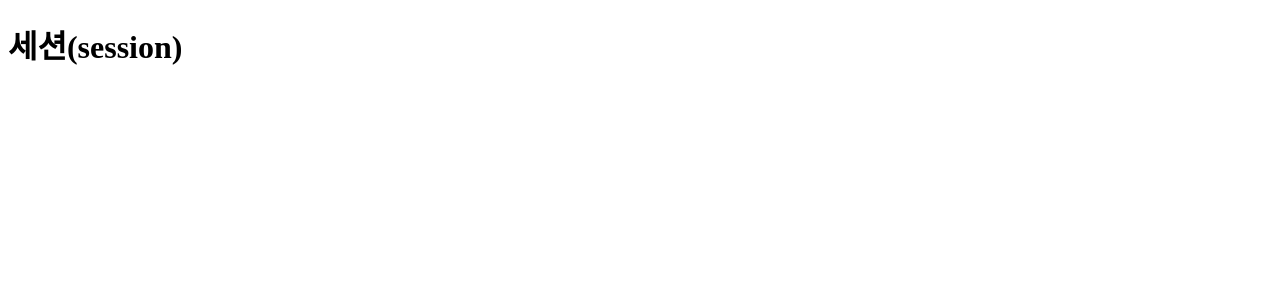
Repository: SeYoung1012/Bitcamp
Page: http://localhost/03_scope/ex01_session.jsp
These files come from the project's save history. The page is drawn as it stood at one moment and after the next save; the edit follows.
The browser window is 1280 px wide. The pictures show the whole page.
The page is served by Tomcat 9.

Above is the page before, as saved 2021-09-27 08:34:55.

### 60_web/03_scope/WebContent/ex01_session.jsp
<%@ page language="java" contentType="text/html; charset=UTF-8"
    pageEncoding="UTF-8"%>
<!DOCTYPE html>
<html>
<head>
<meta charset="UTF-8">
<title> 세션(session) 범위</title>
</head>
<body>
	<h1> 세션(session)</h1>
</body>
</html>

After the next save:
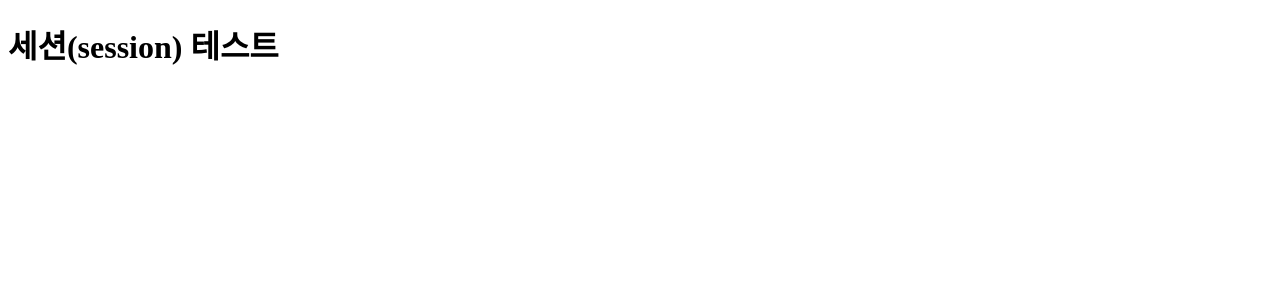
Saved 4 s later.
--- a/60_web/03_scope/WebContent/ex01_session.jsp
+++ b/60_web/03_scope/WebContent/ex01_session.jsp
@@ -7,6 +7,6 @@
 <title> 세션(session) 범위</title>
 </head>
 <body>
-	<h1> 세션(session)</h1>
+	<h1> 세션(session) 테스트 </h1>
 </body>
 </html>
